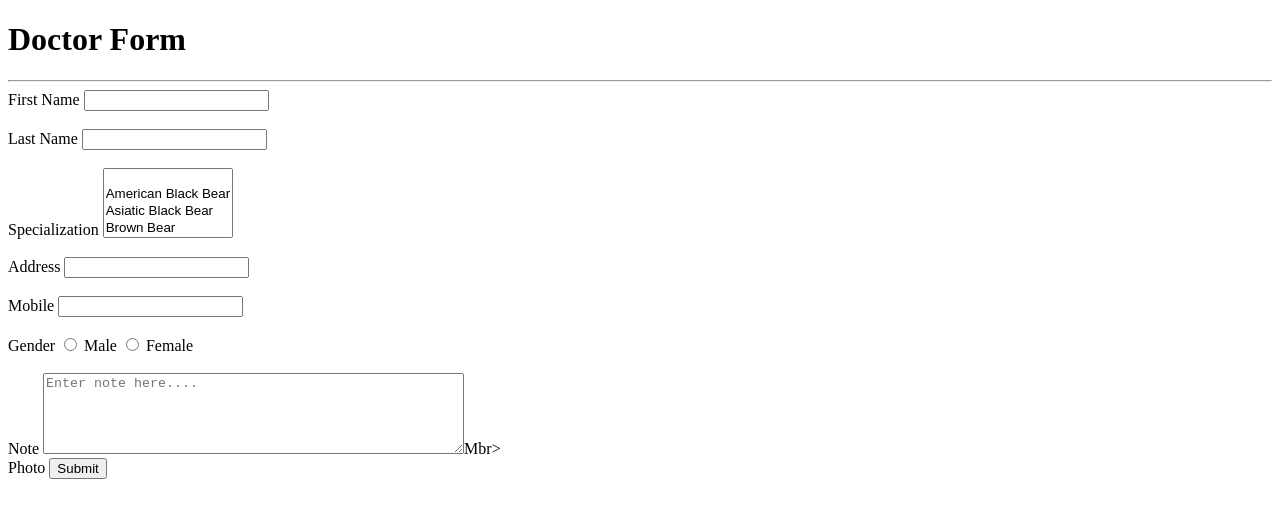
Repository: aayush105/Advance-Java
Page: http://localhost/Doctorpatient/Doctor.jsp
The author's editor kept a copy of each file at every save. The page is drawn from the files as they stood at one save, then again after the next save.
The browser window is 1280 px wide. The pictures show the whole page.
The page is served by Tomcat 10.

Above is the page before, as saved 2023-07-20 10:52:05.

After the next save:
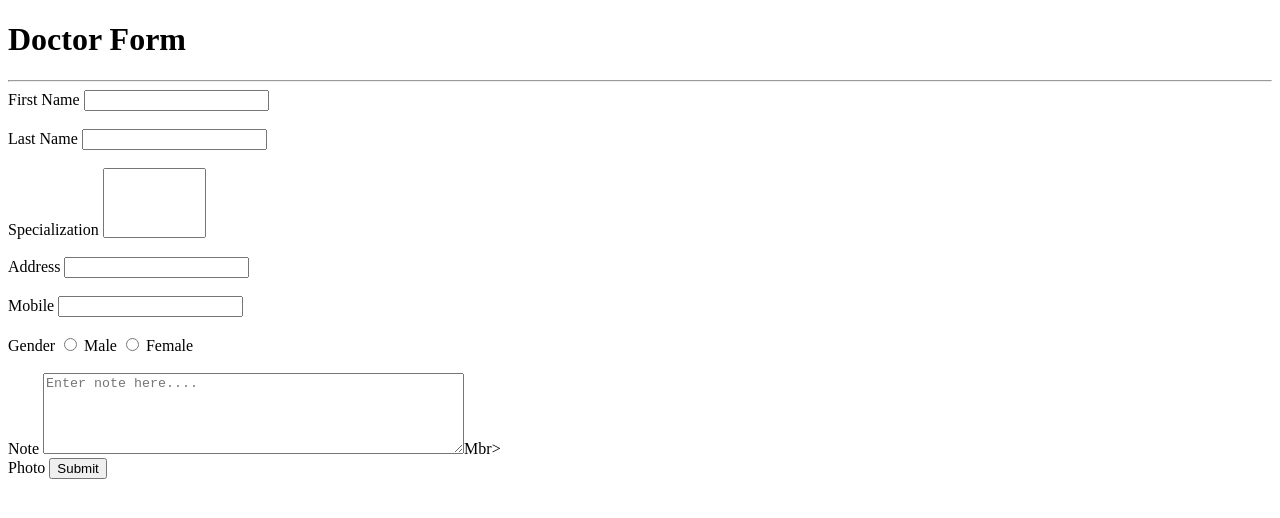
Saved 19 s later.
--- a/Doctorpatient/src/main/webapp/Doctor.jsp
+++ b/Doctorpatient/src/main/webapp/Doctor.jsp
@@ -15,9 +15,9 @@
 Last Name <input type ="text" name ="lname"><br><br>
 Specialization  <select data-placeholder="Choose your specialization" multiple class="chosen-select" name="specialization">
     <option value=""></option>
-    <option>American Black Bear</option>
-    <option>Asiatic Black Bear</option>
-    <option>Brown Bear</option>
+    <option></option>
+    <option></option>
+    <option></option>
     <option>Giant Panda</option>
     <option>Sloth Bear</option>
     <option>Sun Bear</option>
